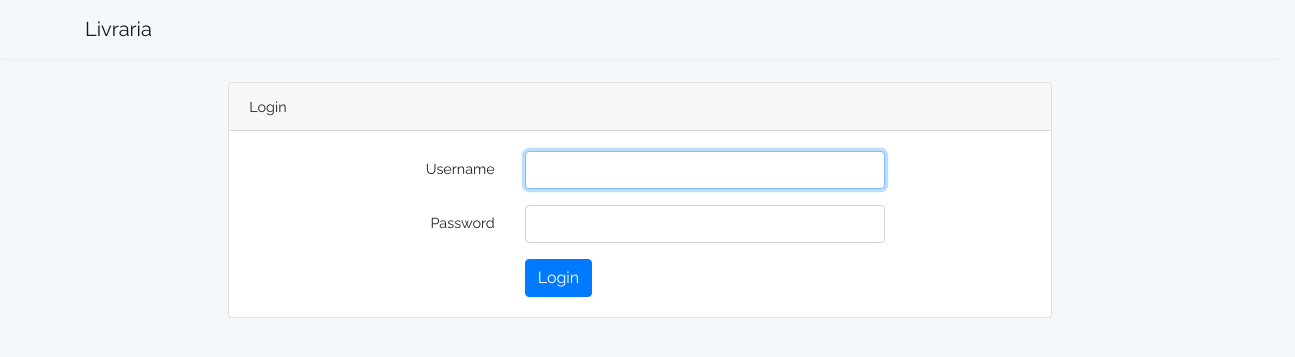
Repository: lxcxcxlxmb/moduleProject
Page: front/login.html
An editor plug-in stored every save of this project. The page is shown before and after the next save, followed by the edit.
The browser window is 1280 px wide. The page is 1280 px wide, then 1295 px, then 1280 px, so the pictures cover 1295 px, including what lies to the right of the window. The pictures show the whole page.

Above is the page before, as saved 2022-09-06 14:10:15.

After the next save:
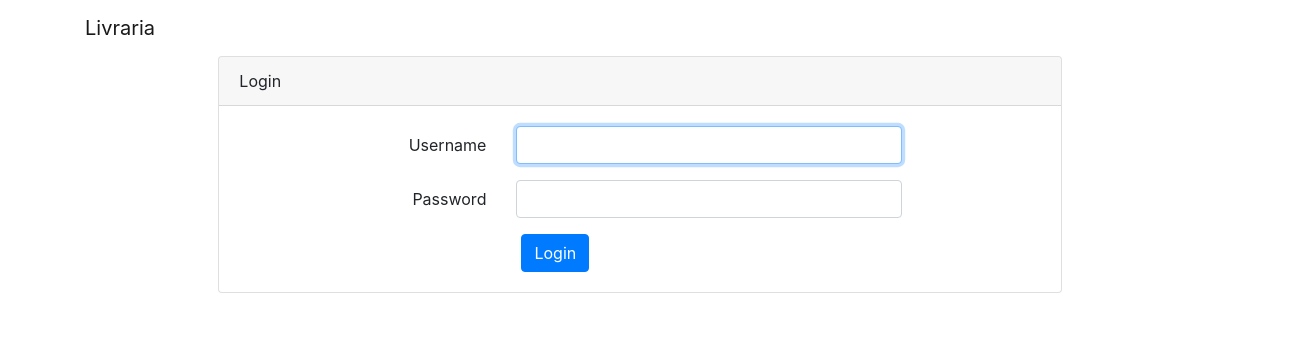
Saved 7 min 26 s later.
--- a/front/login.html
+++ b/front/login.html
@@ -18,48 +18,48 @@
     <title>Laravel</title>
 </head>
 
-<style>
+<style type="text/html">
     @import url(https://fonts.googleapis.com/css?family=Raleway:300,400,600);
 
     body {
-        margin: 0;
-        font-size: .9rem;
-        font-weight: 400;
-        line-height: 1.6;
-        color: #212529;
-        text-align: left;
-        background-color: #f5f8fa;
+    margin: 0;
+    font-size: .9rem;
+    font-weight: 400;
+    line-height: 1.6;
+    color: #212529;
+    text-align: left;
+    background-color: #f5f8fa;
     }
 
     .navbar-laravel {
-        box-shadow: 0 2px 4px rgba(0, 0, 0, .04);
+    box-shadow: 0 2px 4px rgba(0, 0, 0, .04);
     }
 
     .navbar-brand,
     .nav-link,
     .my-form,
     .login-form {
-        font-family: Raleway, sans-serif;
+    font-family: Raleway, sans-serif;
     }
 
     .my-form {
-        padding-top: 1.5rem;
-        padding-bottom: 1.5rem;
+    padding-top: 1.5rem;
+    padding-bottom: 1.5rem;
     }
 
     .my-form .row {
-        margin-left: 0;
-        margin-right: 0;
+    margin-left: 0;
+    margin-right: 0;
     }
 
     .login-form {
-        padding-top: 1.5rem;
-        padding-bottom: 1.5rem;
+    padding-top: 1.5rem;
+    padding-bottom: 1.5rem;
     }
 
     .login-form .row {
-        margin-left: 0;
-        margin-right: 0;
+    margin-left: 0;
+    margin-right: 0;
     }
 </style>
 

After the save that followed:
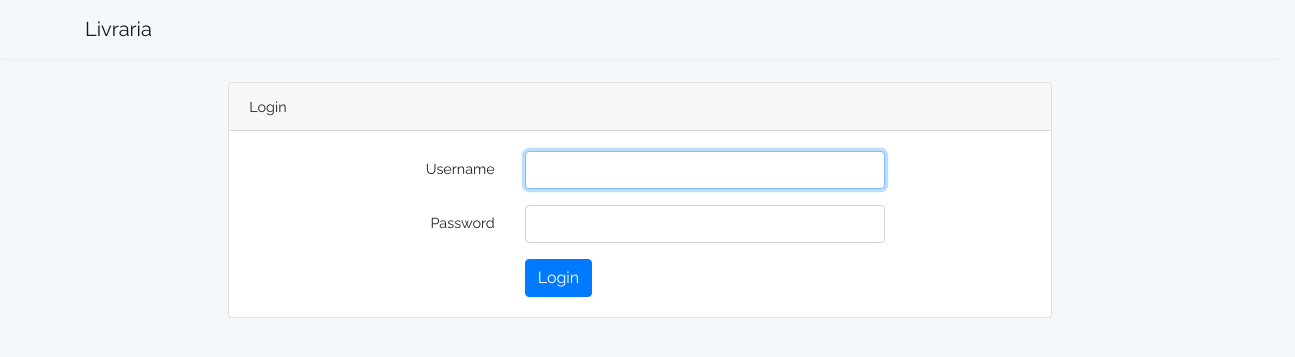
Saved 15 s later.
--- a/front/login.html
+++ b/front/login.html
@@ -18,48 +18,48 @@
     <title>Laravel</title>
 </head>
 
-<style type="text/html">
+<style type="text/css">
     @import url(https://fonts.googleapis.com/css?family=Raleway:300,400,600);
 
     body {
-    margin: 0;
-    font-size: .9rem;
-    font-weight: 400;
-    line-height: 1.6;
-    color: #212529;
-    text-align: left;
-    background-color: #f5f8fa;
+        margin: 0;
+        font-size: .9rem;
+        font-weight: 400;
+        line-height: 1.6;
+        color: #212529;
+        text-align: left;
+        background-color: #f5f8fa;
     }
 
     .navbar-laravel {
-    box-shadow: 0 2px 4px rgba(0, 0, 0, .04);
+        box-shadow: 0 2px 4px rgba(0, 0, 0, .04);
     }
 
     .navbar-brand,
     .nav-link,
     .my-form,
     .login-form {
-    font-family: Raleway, sans-serif;
+        font-family: Raleway, sans-serif;
     }
 
     .my-form {
-    padding-top: 1.5rem;
-    padding-bottom: 1.5rem;
+        padding-top: 1.5rem;
+        padding-bottom: 1.5rem;
     }
 
     .my-form .row {
-    margin-left: 0;
-    margin-right: 0;
+        margin-left: 0;
+        margin-right: 0;
     }
 
     .login-form {
-    padding-top: 1.5rem;
-    padding-bottom: 1.5rem;
+        padding-top: 1.5rem;
+        padding-bottom: 1.5rem;
     }
 
     .login-form .row {
-    margin-left: 0;
-    margin-right: 0;
+        margin-left: 0;
+        margin-right: 0;
     }
 </style>
 
